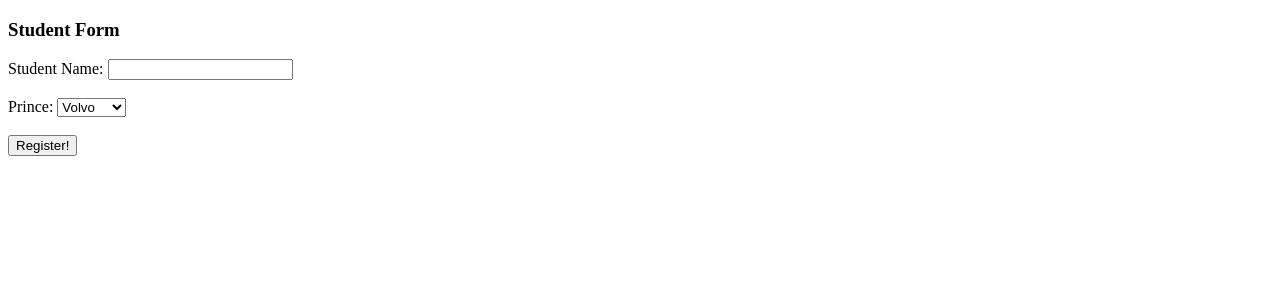
Repository: hunggtham/First-Jsp-and-Servlet-Project
Page: http://localhost/12DemoDropDown/
An editor plug-in stored every save of this project. The page is shown before and after the next save, followed by the edit.
The browser window is 1280 px wide. The pictures show the whole page.
The page is served by Tomcat 9.

Above is the page before, as saved 2022-08-15 14:48:32.

After the next save:
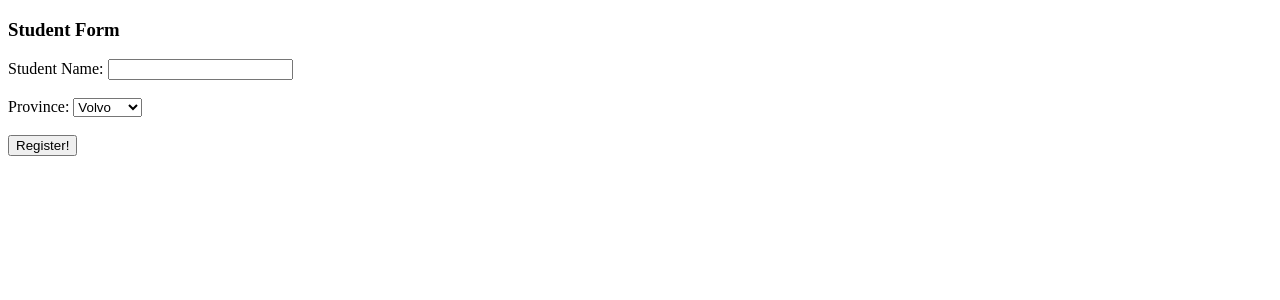
Saved 8 s later.
--- a/12DemoDropDown/src/main/webapp/WEB-INF/View/Home.jsp
+++ b/12DemoDropDown/src/main/webapp/WEB-INF/View/Home.jsp
@@ -11,7 +11,7 @@
 	Student Name:
 	<input type="text" name="uname">
 	<br>
-	<br> Prince:
+	<br> Province:
 	<select>
 		<option value="vol">Volvo</option>
 		<option value="huyndai">hyundai</option>
